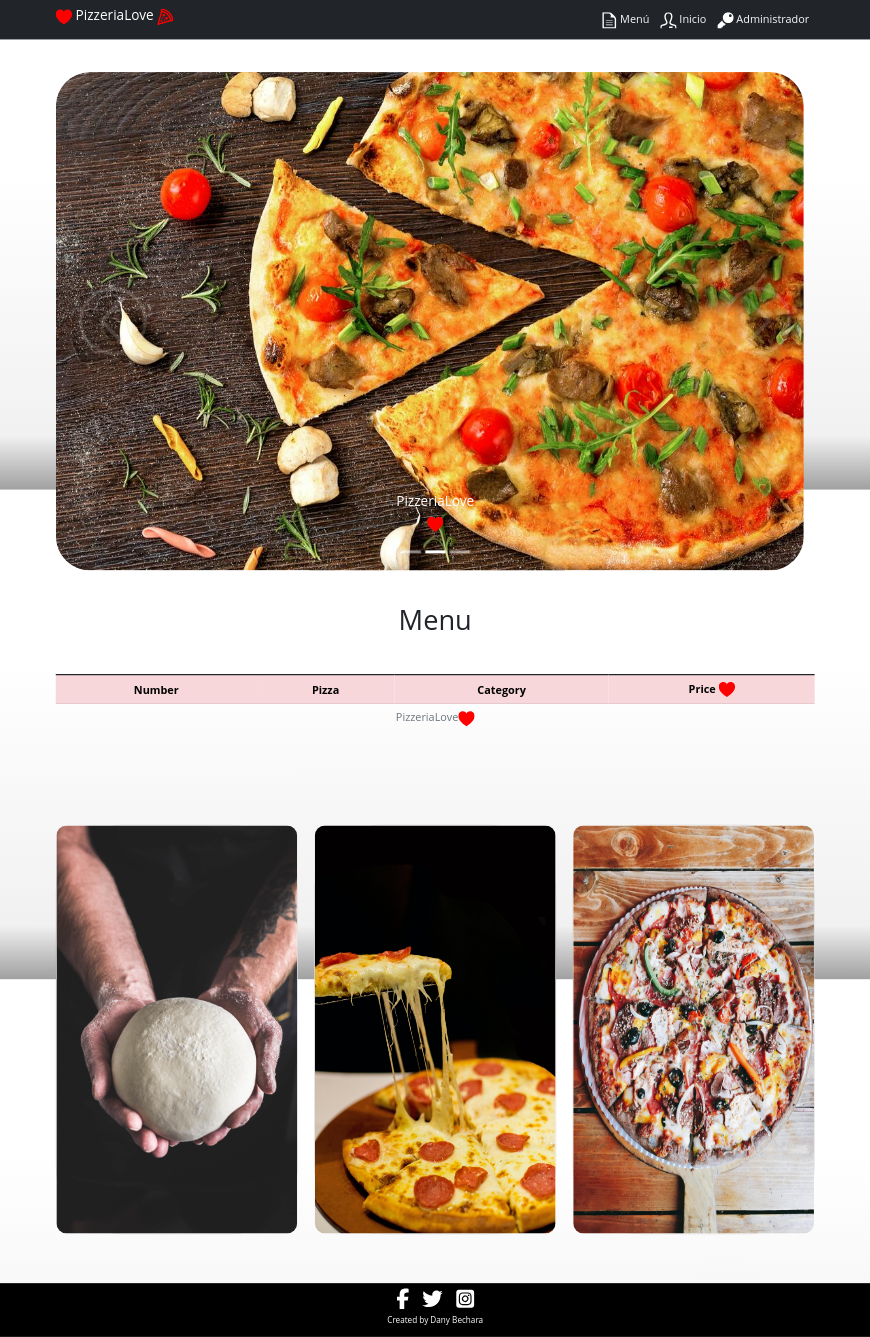
Repository: bechara611/PizzeriaLove
Page: /
The author's editor kept a copy of each file at every save. The page is drawn from the files as they stood at one save, then again after the next save.
The browser window is 1280 px wide. The pictures show the whole page, at 68% of full size.
The page's requests for data from a server got no answer. Backgrounds fixed to the window are drawn as part of the page. The project was rebuilt for these pictures with package versions that can differ from the ones it lists, and the page was loaded fresh each time. No one was signed in, and anything a server would have sent is missing. Also part of the build but not shown: src/App.css, src/App.js, src/Componentes/FormularioAgregarMenu.css, src/Elementos/Alerta.js, src/Elementos/AlertaRed.js, src/Componentes/FormularioAgregarMenu.js.

Above is the page before, as saved 2022-02-25 22:27:48.

After the next save:
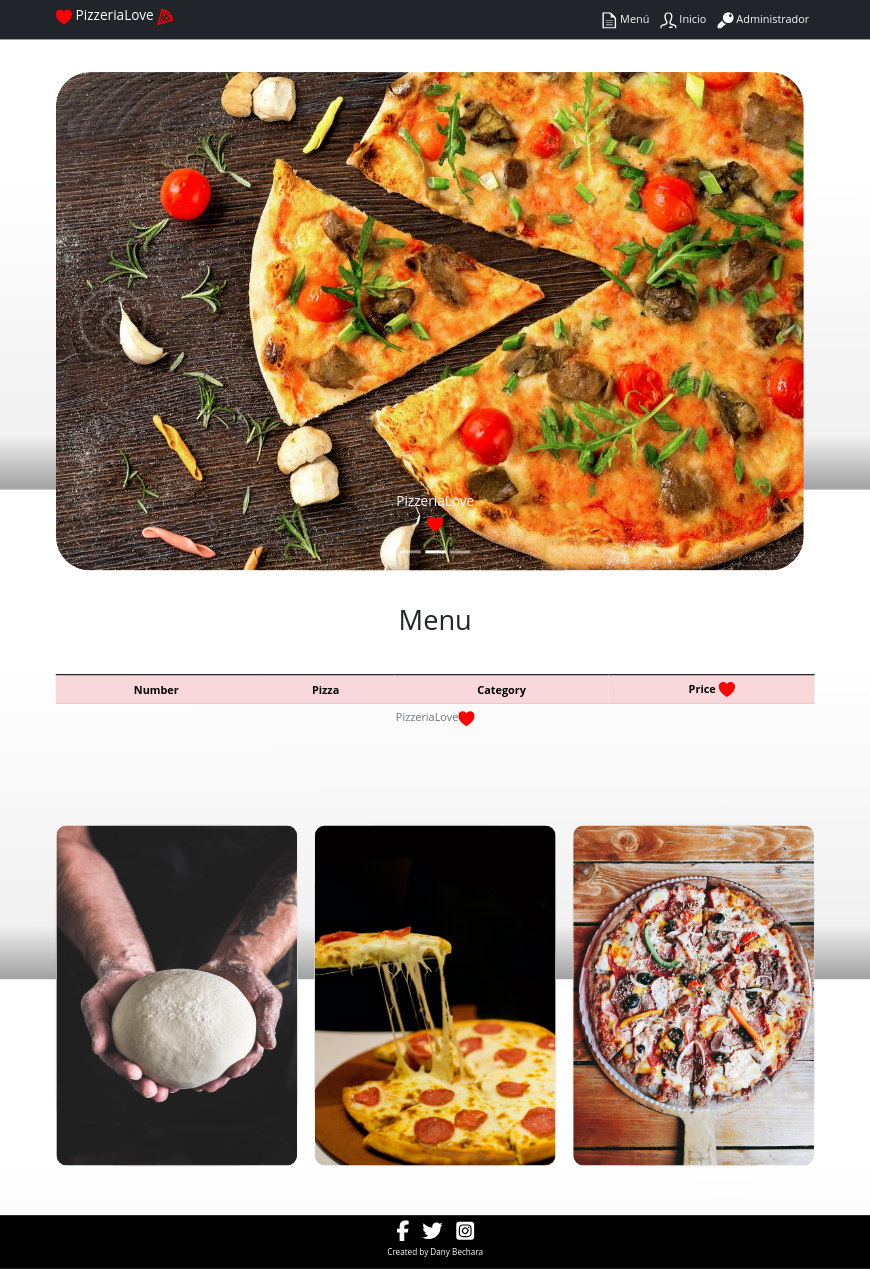
Saved 14 s later.
--- a/src/Componentes/Galeria.css
+++ b/src/Componentes/Galeria.css
@@ -7,8 +7,8 @@
 .cardcitaImagen
 {
     border-radius: 15px;
-    max-height: 600px;
-   min-height: 600px;
+    max-height: 500px;
+   min-height: 500px;
 
 }
 .fila
